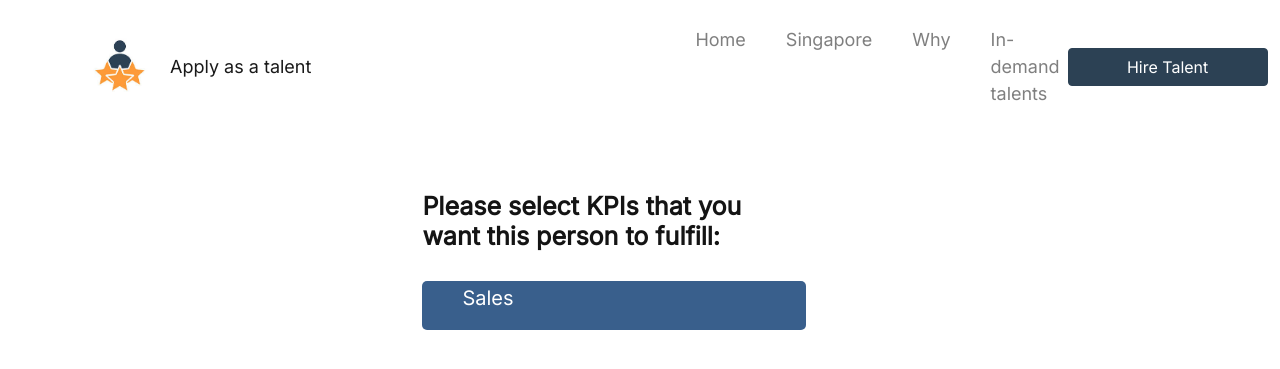
Repository: Ashwe9/talent-hire-reactJs
Page: /kpis
These files come from the project's save history. The page is drawn as it stood at one moment and after the next save; the edit follows.
The browser window is 1280 px wide. The pictures show the whole page.
The project was rebuilt for these pictures with package versions that can differ from the ones it lists, and the page was loaded fresh each time. A package was used in the major version that the imports need, not the one package.json lists. Also part of the build but not shown: src/homePage/components/TrustedBy/TrustedBy.css, src/homePage/components/TrustedBy/TrustedBy.js, src/homePage/components/Roles/Roles.css, src/homePage/components/Roles/Roles.js, src/homePage/components/homePageFooter/HomePageFooter.css, src/homePage/components/homePageFooter/HomePageFooter.js, src/homePage/HomePage.js, src/projectDetails/ProjectDetails.js.

Above is the page before, as saved 2022-08-18 14:05:14.

### public/index.html
<!DOCTYPE html>
<html lang="en">
  <head>
    <meta charset="utf-8" />
    <link rel="icon" href="%PUBLIC_URL%/favicon.ico" />
    <meta name="viewport" content="width=device-width, initial-scale=1" />
    <meta name="theme-color" content="#000000" />
    <meta
      name="description"
      content="Web site created using create-react-app"
    />
    <link rel="apple-touch-icon" href="%PUBLIC_URL%/logo192.png" />
    <link rel="manifest" href="%PUBLIC_URL%/manifest.json" />
    <link rel="stylesheet" href="https://stackpath.bootstrapcdn.com/bootstrap/4.4.1/css/bootstrap.min.css" integrity="sha384-Vkoo8x4CGsO3+Hhxv8T/Q5PaXtkKtu6ug5TOeNV6gBiFeWPGFN9MuhOf23Q9Ifjh" crossorigin="anonymous">
    <link href='https://fonts.googleapis.com/css?family=Inter' rel='stylesheet'>

    <title>App</title>
  </head>
  <body>
    <noscript>You need to enable JavaScript to run this app.</noscript>
    <div id="root"></div>
    <script src="https://code.jquery.com/jquery-3.4.1.slim.min.js" integrity="sha384-J6qa4849blE2+poT4WnyKhv5vZF5SrPo0iEjwBvKU7imGFAV0wwj1yYfoRSJoZ+n" crossorigin="anonymous"></script>
    <script src="https://cdn.jsdelivr.net/npm/popper.js@1.16.0/dist/umd/popper.min.js" integrity="sha384-Q6E9RHvbIyZFJoft+2mJbHaEWldlvI9IOYy5n3zV9zzTtmI3UksdQRVvoxMfooAo" crossorigin="anonymous"></script>
    <script src="https://stackpath.bootstrapcdn.com/bootstrap/4.4.1/js/bootstrap.min.js" integrity="sha384-wfSDF2E50Y2D1uUdj0O3uMBJnjuUD4Ih7YwaYd1iqfktj0Uod8GCExl3Og8ifwB6" crossorigin="anonymous"></script>  </body>
</html>

### src/App.js
import React from 'react'
import { BrowserRouter as Router, Route, Switch } from 'react-router-dom';
import { HomePage } from './homePage/HomePage';
import KPISPage from './kpisPage/KPISPage';
import ProjectDetails from './projectDetails/ProjectDetails';

function App() {
  return (
    <Router>
      <Switch>
        <Route exact path="/" component={HomePage} />
        <Route exact path="/kpis" component={KPISPage} />
        <Route exact path="/projectdetails" component={ProjectDetails} />
      </Switch>
    </Router>
  );
}

export default App;

### src/kpisPage/KPISPage.js
import React from 'react'
import './KPISPage.css'
import { Navbar } from '../shared-components/Navbar/Navbar'
import Header from './Header'
import DropDown from './DropDown'

const KPISPage = () => {
  return (
    <div>
      <Navbar />
      <Header />
      <DropDown title="Sales"/>
    </div>
  )
}

export default KPISPage

### src/shared-components/Navbar/Navbar.js
import React from 'react'
import './Navbar.css'

export const Navbar = () => {
  return (
    <nav className="navbar navbar-expand-lg navbar-light">
      <img src= {require('../../assets/icon.png')} className="icon"/>
      <a className="navbar-brand title" href="#">Apply as a talent</a>
      <button className="navbar-toggler" type="button" data-toggle="collapse" data-target="#navbarText" aria-controls="navbarText" aria-expanded="false" aria-label="Toggle navigation">
        <span className="navbar-toggler-icon"></span>
      </button>
      <div className="collapse navbar-collapse" id="navbarText">
        <ul className="navbar-nav mr-auto">
          <li className="nav-item">
            <a className="nav-link" href="#">Home</a>
          </li>
          <li className="nav-item">
            <a className="nav-link" href="#">Singapore</a>
          </li>
          <li className="nav-item">
            <a className="nav-link" href="#">Why</a>
          </li>
          <li className="nav-item">
            <a className="nav-link" href="#">In-demand talents</a>
          </li>
        </ul>
        <span className="navbar-text">
          <button className='btn btn-dark navbar-btn'>Hire Talent</button>
        </span>
      </div>
    </nav>
  )
}

### src/kpisPage/Header.js
import React from 'react'
import './Header.css'

const Header = () => {
  return (
    <div className='header-box'>
        <p className='header-by-title'>
            Please select KPIs that you want this person to fulfill:
        </p>
    </div>
  )
}

export default Header

### src/kpisPage/DropDown.js
import React from 'react'
import './DropDown.css'

const DropDown = ({title}) => {
  return (
    <div className='dropdown-box'>
        <p className='dropdown-title'>{title}</p>
    </div>
  )
}

export default DropDown

### src/shared-components/Navbar/Navbar.css
.icon{
    width: 80px;
}

.title{
    font-family: "Inter";
    font-style: normal;
    font-weight: 500;
    font-size: 18px;
    line-height: 28px;
    align-items: center;
    color: #444444;
    padding-left: 10px;
}

#navbarText{
    margin-left: 30%;
}
.navbar-items{
    margin: 0 35%;

}

.nav-item{
    font-family: "Inter";
    font-style: normal;
    font-weight: 500;
    font-size: 18px;
    align-items: center;
    color: #444444;
    padding-left: 24px;
}

.navbar-btn{
    font-family: "Inter";
    font-style: bold;
    background: #2c4154;
    /* padding: 5px 50px; */
    border-color: #2c4154;
    width: 200px;
}

.navbar{
    margin: 10px 5%;
}

@media only screen and (max-width: 600px) {
    body {
      background-color: lightblue;
    }
  }

### src/kpisPage/Header.css
.header-box{
    margin: 30px 30%;
    padding: 3%;
    padding-bottom: 0%;
    align-items: center;
    width: 35%;
}

.header-by-title{
    font-family: "Inter";
    font-style: bolder;
    font-weight: 700;
    font-size: 25px;
    line-height: 30px;
    align-items: center;
    color: #141414;
}


@media only screen and (max-width: 700px) {

    .header-by-title{
        font-size: 16px;
    }

    .header-box{
        margin-left: 90px;
        width: 100%;
    }
  }
@media only screen and (max-width: 450px) {
    .header-by-title{
        font-size: 13px;
    }
    .header-box{
        margin-left: 70px;
        width: 100%;
    }
}

### src/kpisPage/DropDown.css
.dropdown-box{
    margin: 0px 33%;
    align-items: center;
    padding-bottom: 1px;
    padding-top: 2px;
    width: 30%;
    background-color: #395f8c;
    border-radius: 5px;
}

.dropdown-title{
    font-family: "Inter";
    font-style: bolder;
    font-weight: 300;
    font-size: 20px;
    line-height: 30px;
    align-items: center;
    color: white;
    margin-left: 40px;
}


@media only screen and (max-width: 700px) {

    .dropdown-by-title{
        font-size: 16px;
    }

    .dropdown-box{
        margin-left: 90px;
        width: 100%;
    }
  }
@media only screen and (max-width: 450px) {
    .dropdown-by-title{
        font-size: 13px;
    }
    .dropdown-box{
        margin-left: 70px;
        width: 100%;
    }
}

Loaded but not shown: src/index.js (common file); src/reportWebVitals.js (common file); src/index.css (no stored copy; drawn as an empty file); src/kpisPage/KPISPage.css (no stored copy; drawn as an empty file)

After the next save:
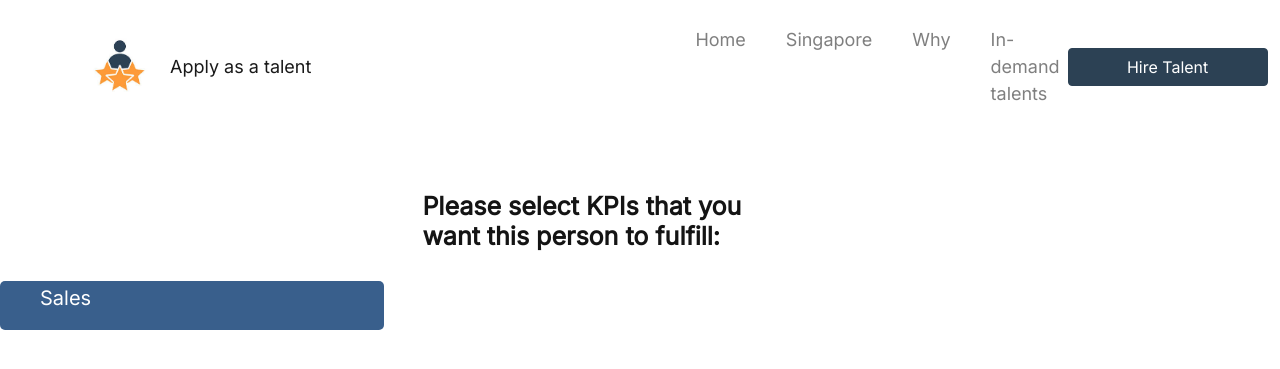
Saved 17 s later.
--- a/src/kpisPage/DropDown.css
+++ b/src/kpisPage/DropDown.css
@@ -1,5 +1,5 @@
 .dropdown-box{
-    margin: 0px 33%;
+    /*margin: 0px 33%;*/
     align-items: center;
     padding-bottom: 1px;
     padding-top: 2px;

After the save that followed:
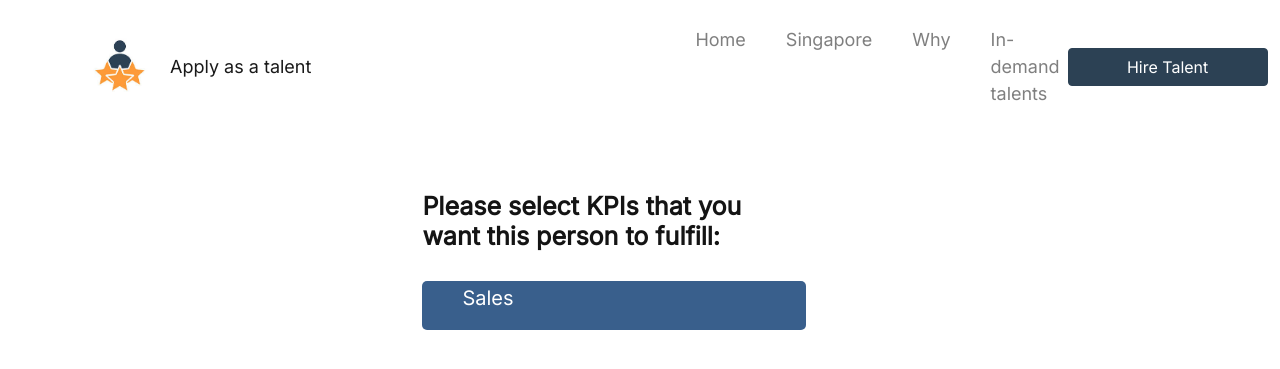
Saved 4 s later.
--- a/src/kpisPage/DropDown.css
+++ b/src/kpisPage/DropDown.css
@@ -1,5 +1,5 @@
 .dropdown-box{
-    /*margin: 0px 33%;*/
+    margin: 0px 33%;
     align-items: center;
     padding-bottom: 1px;
     padding-top: 2px;
